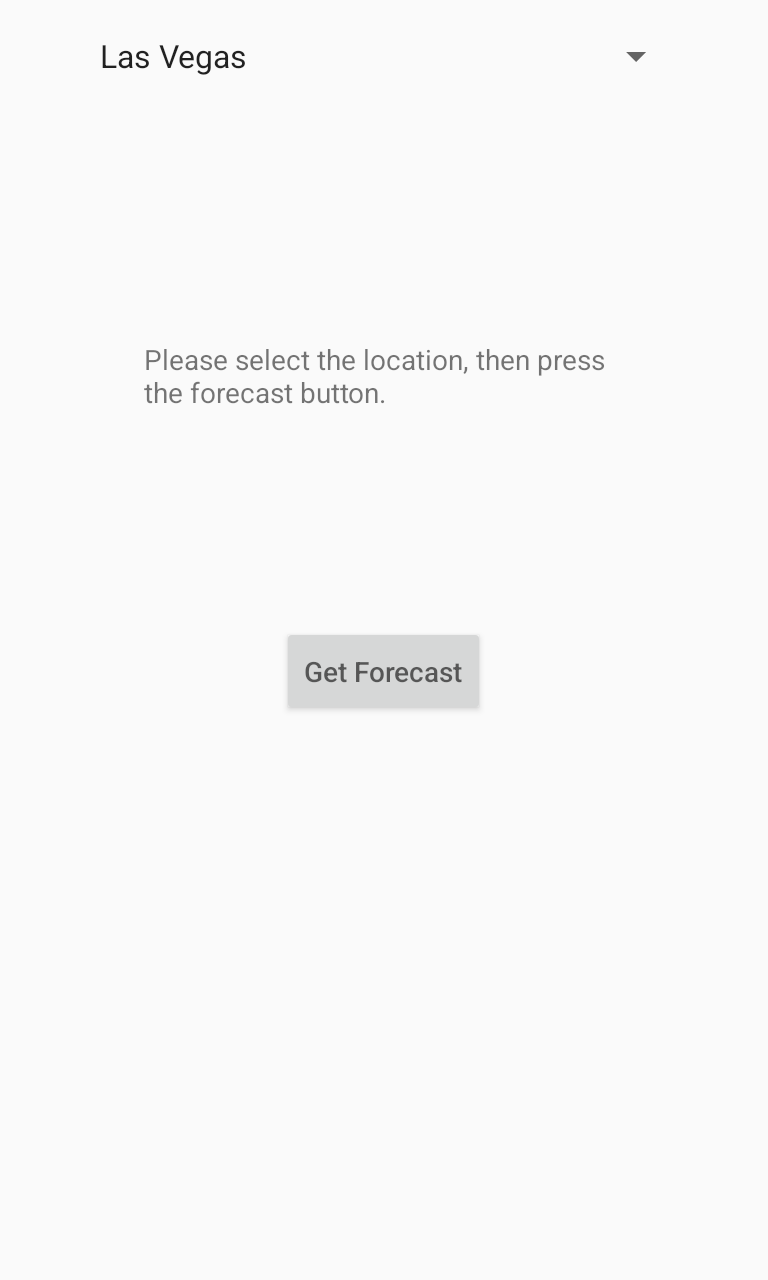
Repository: g80349/Java1
Layout: Week2/Weather/res/layout/activity_main.xml
These files come from the project's save history. The layout is drawn as it stood at one moment and after the next save; the edit follows.
It is drawn on a 768 x 1280 px phone screen (xhdpi) without system bars, with theme AppTheme; the app's code is not run. Lists and similar views that code fills are empty.

Above is the layout before, as saved 2014-04-10 16:08:05.

After the next save:
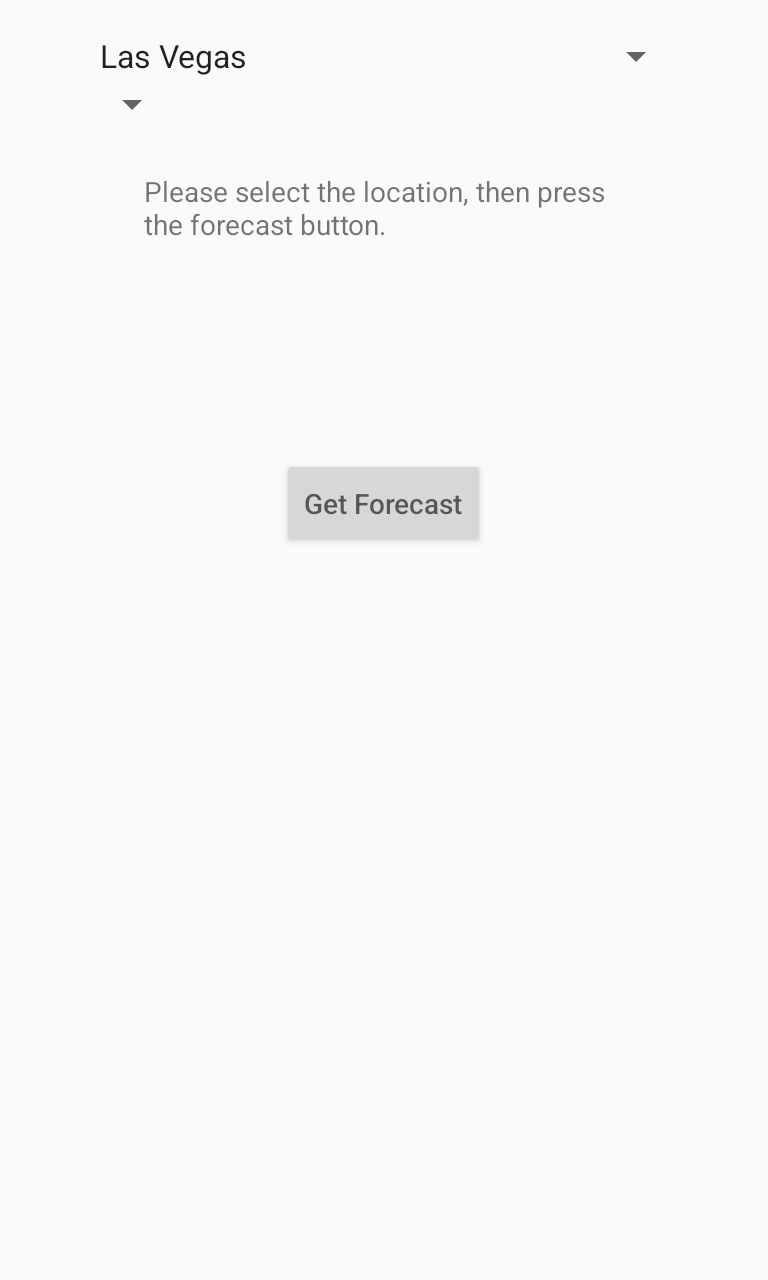
Saved 24 min 47 s later.
--- a/Week2/Weather/res/layout/activity_main.xml
+++ b/Week2/Weather/res/layout/activity_main.xml
@@ -26,22 +26,20 @@
         android:hint="@string/enter_button"
         android:onClick="onClick" />
 
+    <Spinner
+        android:id="@+id/spinner1"
+        android:layout_width="wrap_content"
+        android:layout_height="wrap_content"
+        android:layout_alignLeft="@+id/location"
+        android:layout_below="@+id/location" />
+
     <TextView
         android:id="@+id/forecast"
         android:layout_width="240dp"
         android:layout_height="wrap_content"
-        android:layout_below="@+id/location"
+        android:layout_below="@+id/spinner1"
         android:layout_centerHorizontal="true"
-        android:layout_marginTop="130dp"
+        android:layout_marginTop="22dp"
         android:text="@string/forecast_text" />
 
-    <ListView
-        android:id="@+id/listView1"
-        android:layout_width="match_parent"
-        android:layout_height="wrap_content"
-        android:layout_alignLeft="@+id/location"
-        android:layout_below="@+id/location" >
-
-    </ListView>
-
 </RelativeLayout>
